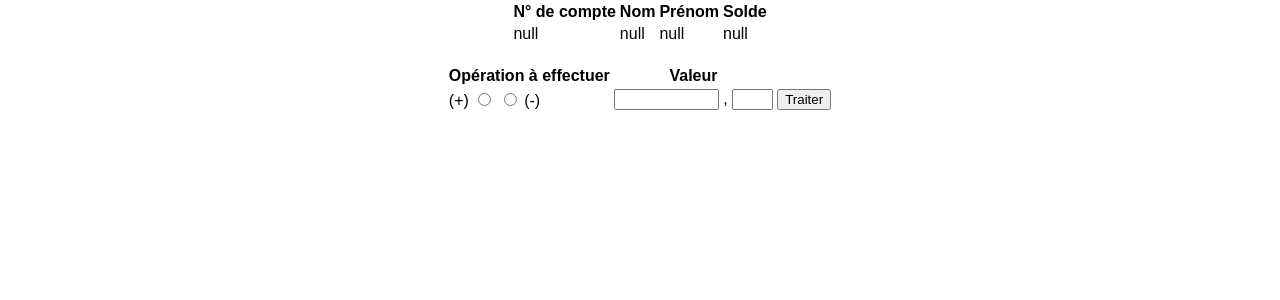
Repository: Jsisie/BanqueWeb
Page: http://localhost/BanqueWeb/JOperations.jsp
The author's editor kept a copy of each file at every save. The page is drawn from the files as they stood at one save, then again after a run of saves.
The browser window is 1280 px wide. The pictures show the whole page.
Some web fonts or font styles are not loaded; a fallback is used. The page is served by Tomcat 10.

Above is the page before, as saved 2022-12-13 21:42:34.

After the next 2 saves:
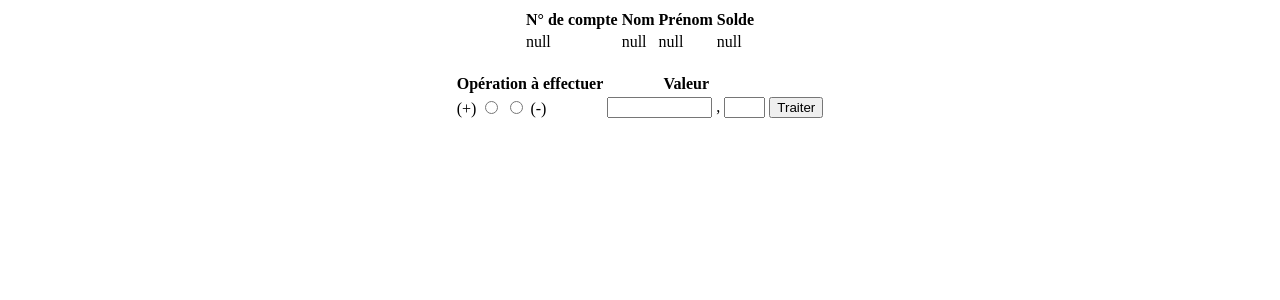
The 2 saves are shown as one change because they came seconds apart.
The last was saved 18 s later.
--- a/BanqueWeb/BanqueWeb/BanqueWeb/src/main/webapp/JOperations.jsp
+++ b/BanqueWeb/BanqueWeb/BanqueWeb/src/main/webapp/JOperations.jsp
@@ -6,97 +6,8 @@
 <meta charset="UTF-8">
 <title>Consultation réussie</title>
 <style type="text/css">
-@import url('https://fonts.googleapis.com/css?family=Source+Sans+Pro:400,700');
 
-$base-spacing-unit: 24px;
-$half-spacing-unit: $base-spacing-unit / 2;
-
-$color-alpha: #1772FF;
-$color-form-highlight: #EEEEEE;
-
-*, *:before, *:after {
-	box-sizing:border-box;
-}
-
-body {
-	padding:$base-spacing-unit;
-	font-family:'Source Sans Pro', sans-serif;
-	margin:0;
-}
-
-h1,h2,h3,h4,h5,h6 {
-	margin:0;
-}
-
-.container {
-	max-width: 1000px;
-	margin-right:auto;
-	margin-left:auto;
-	display:flex;
-	justify-content:center;
-	align-items:center;
-	min-height:100vh;
-}
-
-.table {
-	width:100%;
-	border:1px solid $color-form-highlight;
-}
-
-.table-header {
-	display:flex;
-	width:100%;
-	background:#000;
-	padding:($half-spacing-unit * 1.5) 0;
-}
-
-.table-row {
-	display:flex;
-	width:100%;
-	padding:($half-spacing-unit * 1.5) 0;
-
-	&:nth-of-type(odd) {
-		background:$color-form-highlight;
-	}
-}
-
-.table-data, .header__item {
-	flex: 1 1 20%;
-	text-align:center;
-}
-
-.header__item {
-	text-transform:uppercase;
-}
-
-.filter__link {
-	color:white;
-	text-decoration: none;
-	position:relative;
-	display:inline-block;
-	padding-left:$base-spacing-unit;
-	padding-right:$base-spacing-unit;
-
-	&::after {
-		content:'';
-		position:absolute;
-		right:-($half-spacing-unit * 1.5);
-		color:white;
-		font-size:$half-spacing-unit;
-		top: 50%;
-		transform: translateY(-50%);
-	}
-
-	&.desc::after {
-		content: '(desc)';
-	}
-
-	&.asc::after {
-		content: '(asc)';
-	}
-
-}
-/* td,
+/* /* td,
 th {
     border: 1px solid rgb(190, 190, 190);
     padding: 10px;
@@ -130,7 +41,7 @@ caption {
     letter-spacing: 1px;
     font-family: sans-serif;
     font-size: .8rem;
-} */
+} */ */
 </style>
 </head>
 <body>
